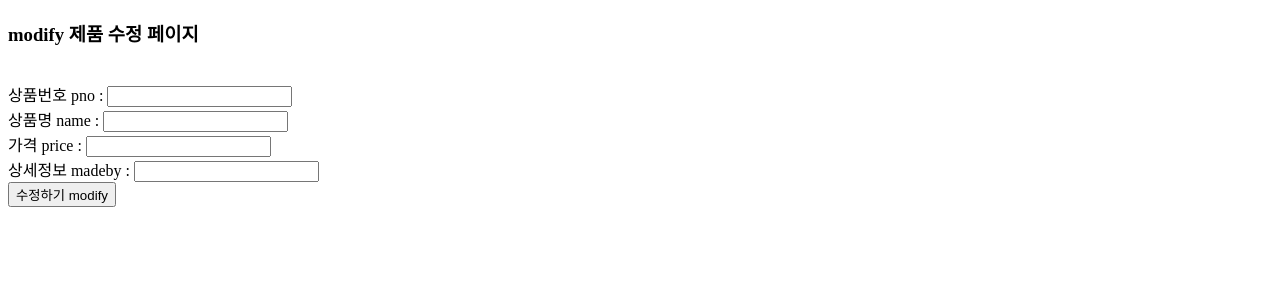
Repository: WoodongMaster/JSP_Workspace
Page: http://localhost/jsp_study/modify.jsp
The author's editor kept a copy of each file at every save. The page is drawn from the files as they stood at one save, then again after the next save.
The browser window is 1280 px wide. The pictures show the whole page.
The page is served by Tomcat 9. Other server files are loaded and not shown.

Above is the page before, as saved 2023-05-11 06:09:52.

### jsp_project1/jsp_study/src/main/webapp/modify.jsp
<%@ page language="java" contentType="text/html; charset=UTF-8"
    pageEncoding="UTF-8"%>
<!DOCTYPE html>
<html>
<head>
<meta charset="UTF-8">
<title>제품 수정 페이지</title>
</head>
<body>
	<h3>modify 제품 수정 페이지</h3>

	<br>

	<form action="modify.pd" method="post">
		상품번호 pno : <input type="text" name="pno"> <br>
		상품명 name : <input type="text" name="pname"> <br>
		가격 price : <input type="text" name="price"> <br>
		상세정보 madeby : <input type="text" name="madeby"> <br>

		<button type="submit">수정하기 modify</button>
	</form>
</body>
</html>

After the next save:
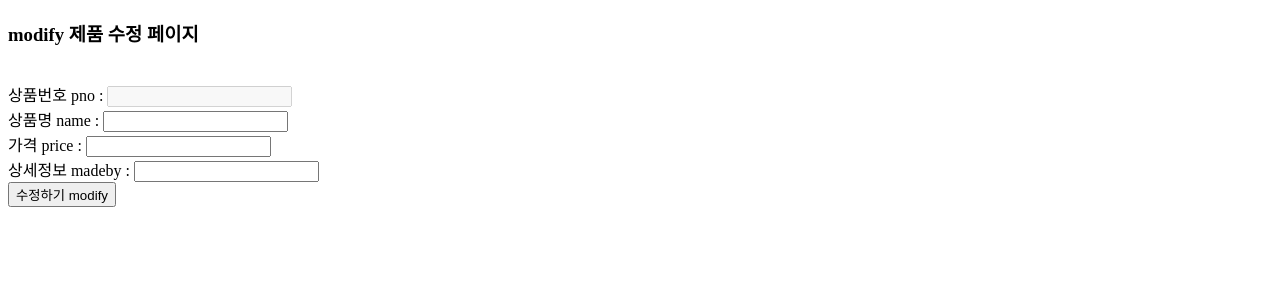
Saved 2 min 9 s later.
--- a/jsp_project1/jsp_study/src/main/webapp/modify.jsp
+++ b/jsp_project1/jsp_study/src/main/webapp/modify.jsp
@@ -12,7 +12,7 @@
 	<br>
 
 	<form action="modify.pd" method="post">
-		상품번호 pno : <input type="text" name="pno"> <br>
+		상품번호 pno : <input type="text" name="pno" disabled="disabled"> <br>
 		상품명 name : <input type="text" name="pname"> <br>
 		가격 price : <input type="text" name="price"> <br>
 		상세정보 madeby : <input type="text" name="madeby"> <br>
